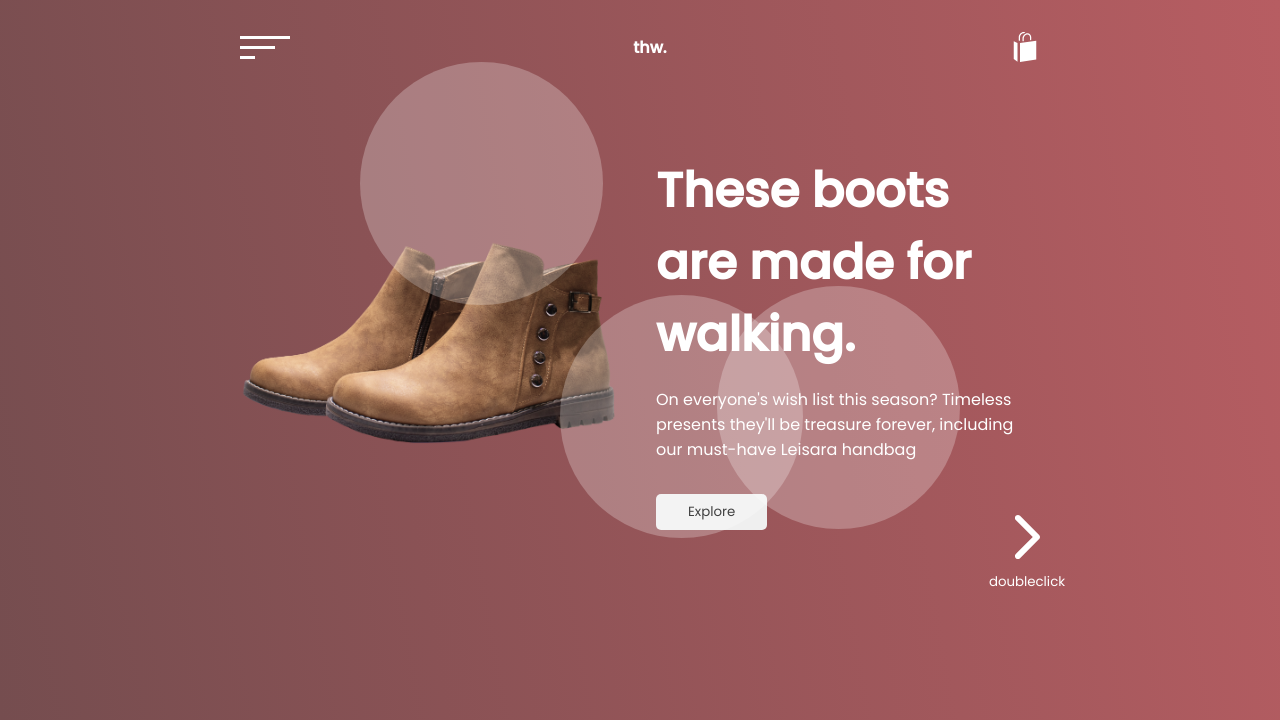
Repository: duck2913/shoppify
Page: boot.html
An editor plug-in stored every save of this project. The page is shown before and after the next save, followed by the edit.
The browser window is 1280 px wide. The pictures show the whole page.
Some web libraries are served in a nearby version.

Above is the page before, as saved 2022-02-06 07:35:05.
Console error: ReferenceError: barba is not defined

### boot.html
<!DOCTYPE html>
<html lang="en">
    <head>
        <meta charset="UTF-8">
        <meta http-equiv="X-UA-Compatible" content="IE=edge">
        <meta name="viewport" content="width=device-width, initial-scale=1.0">
        <title>Page Transitions</title>
        <link rel="preconnect" href="https://fonts.googleapis.com">
        <link rel="preconnect" href="https://fonts.gstatic.com" crossorigin>
        <link href="https://fonts.googleapis.com/css2?family=Poppins:wght@400;500&display=swap" rel="stylesheet">
        <link rel="stylesheet" href="./style.css">
        <!-- SCRIPTS -->
        <script
            src="https://cdnjs.cloudflare.com/ajax/libs/gsap/3.8.0/gsap.min.js"
            integrity="sha512-eP6ippJojIKXKO8EPLtsUMS+/sAGHGo1UN/38swqZa1ypfcD4I0V/ac5G3VzaHfDaklFmQLEs51lhkkVaqg60Q=="
            crossorigin="anonymous"
            referrerpolicy="no-referrer"
            defer
        ></script>
        <!-- unpkg -->
        <script src="https://unpkg.com/@barba/core" defer></script>
        <script src="./app.js" defer></script>
    </head>
    <body class="boot-body" data-barba="wrapper">
        <nav class="nav">
            <img src="./images/burger.svg" alt="" class="menu">
            <div class="logo">thw.</div>
            <img src="./images/shopping-cart.svg" alt="" class="shopping-cart">
        </nav>
        <div class="showcase" data-barba="container" data-barba-namespace="boot">
            <img src="./images/frontpage-boot.png" alt="handbag" class="showcase__img">
            <div class="showcase__content">
                <h1 class="showcase__title">These boots are made for walking.</h1>
                <p class="showcase__text">On everyone's wish list this season? Timeless presents they'll be treasure forever, including our must-have Leisara handbag</p>
                <button class="btn">
                    <a href="./product-page.html">Explore</a>
                </button>
            </div>
            <!-- arrow -->
            <button class="btn--arrow">
                <a href="./hat.html">
                    <svg
                        class="showcase-arrow"
                        width="26"
                        height="46"
                        viewBox="0 0 26 46"
                        fill="none"
                        xmlns="http://www.w3.org/2000/svg"
                    >
                        <path d="M25.1213 25.1213C26.2929 23.9497 26.2929 22.0503 25.1213 20.8787L6.02944 1.7868C4.85786 0.615224 2.95837 0.615224 1.7868 1.7868C0.615224 2.95837 0.615224 4.85786 1.7868 6.02944L18.7574 23L1.7868 39.9706C0.615224 41.1421 0.615224 43.0416 1.7868 44.2132C2.95837 45.3848 4.85786 45.3848 6.02944 44.2132L25.1213 25.1213ZM19 26H23V20H19V26Z" fill="white"/>
                    </svg>
                </a>
            </button>
            <!-- bubbles -->
            <svg
                class="circle circle-1"
                width="243"
                height="243"
                viewBox="0 0 243 243"
                fill="none"
                xmlns="http://www.w3.org/2000/svg"
            >
                <circle
                    cx="121.5"
                    cy="121.5"
                    r="121.5"
                    fill="white"
                    fill-opacity="0.25"
                />
            </svg>
            <svg
                class="circle circle-2"
                width="243"
                height="243"
                viewBox="0 0 243 243"
                fill="none"
                xmlns="http://www.w3.org/2000/svg"
            >
                <circle
                    cx="121.5"
                    cy="121.5"
                    r="121.5"
                    fill="white"
                    fill-opacity="0.25"
                />
            </svg>
            <svg
                class="circle circle-3"
                width="243"
                height="243"
                viewBox="0 0 243 243"
                fill="none"
                xmlns="http://www.w3.org/2000/svg"
            >
                <circle
                    cx="121.5"
                    cy="121.5"
                    r="121.5"
                    fill="white"
                    fill-opacity="0.25"
                />
            </svg>
        </div>
    </body>
</html>

### style.css
* {
	margin: 0;
	padding: 0;
	box-sizing: border-box;
	font-family: "Poppins", sans-serif;
}

a {
	text-decoration: none;
	color: inherit;
}

body {
	background: linear-gradient(260deg, #b75d62, #754d4f);
	height: 100vh;
	/* overflow: hidden; */
}

.handbag-body,
.boot-body,
.hat-body {
	padding: 2rem 15rem;
	color: white;
}

.nav {
	display: flex;
	align-items: center;
	justify-content: space-between;
	color: white;
}

.nav .logo {
	font-size: 1rem;
	font-weight: bold;
}

.nav .shopping-cart {
	color: white;
	fill: white;
}

.showcase {
	display: flex;
	gap: 2rem;
	align-items: center;
	position: relative;
	z-index: 2;
	min-height: 35rem;
}

.showcase > * {
	flex: 1;
}

.showcase__img {
	width: 5rem;
}

.showcase__title {
	font-size: 3rem;
	margin-bottom: 1rem;
}

.btn {
	margin-top: 2rem;
	padding: 0.5rem 2rem;
	border-radius: 5px;
	border: none;
	cursor: pointer;
	font-family: inherit;
}

.circle {
	position: absolute;
}

.circle-1 {
	top: 0%;
	left: 15%;
}

.circle-2 {
	bottom: 15%;
	left: 40%;
}
.circle-3 {
	top: 40%;
	right: 10%;
}

.btn--arrow {
	position: absolute;
	bottom: 10%;
	right: 0rem;
	cursor: pointer;
	display: flex;
	align-items: center;
	justify-items: center;
	z-index: 100;
	background-color: transparent;
	border: none;
}

.btn--arrow::before {
	content: "doubleclick";
	color: white;
	position: absolute;
	bottom: -70%;
	left: 50%;
	transform: translate(-50%, -50%);
}

### app.js
const tlLeave = gsap.timeline({
	defaults: {
		duration: 0.75,
		ease: "Power2.easeOut",
	},
});
const tlEnter = gsap.timeline({
	defaults: {
		duration: 0.75,
		ease: "Power2.easeOut",
	},
});

const leaveAnimation = (currentContainer, done) => {
	const product = currentContainer.querySelector(".showcase__img");
	const content = currentContainer.querySelector(".showcase__content");
	const circles = currentContainer.querySelectorAll(".circle");
	const btnArrow = currentContainer.querySelector(".btn--arrow");
	return (
		tlLeave.fromTo(btnArrow, { y: 0, opacity: 1 }, { y: 50, opacity: 0 }),
		tlLeave.to(product, { y: 50, opacity: 0 }, "<"),
		tlLeave.to(content, { x: 50, opacity: 0, onComplete: done }, "<20%"),
		tlLeave.to(circles, { y: -200, opacity: 0, stagger: 0.15 }, "<10%")
	);
};

barba.init({
	transitions: [
		//showcase transition
		{
			name: "default-transition",
			leave(data) {
				const done = this.async();
				let currentContainer = data.current.container;
				leaveAnimation(currentContainer, done);
			},
			enter(data) {
				let nextContainer = data.next.container;
				const done = this.async();
				gsap.fromTo(
					nextContainer,
					{ opacity: 0, y: 10 },
					{ duration: 1, opacity: 1, onComplete: done, y: 0 },
				);
			},
		},
	],
});

After the next save:
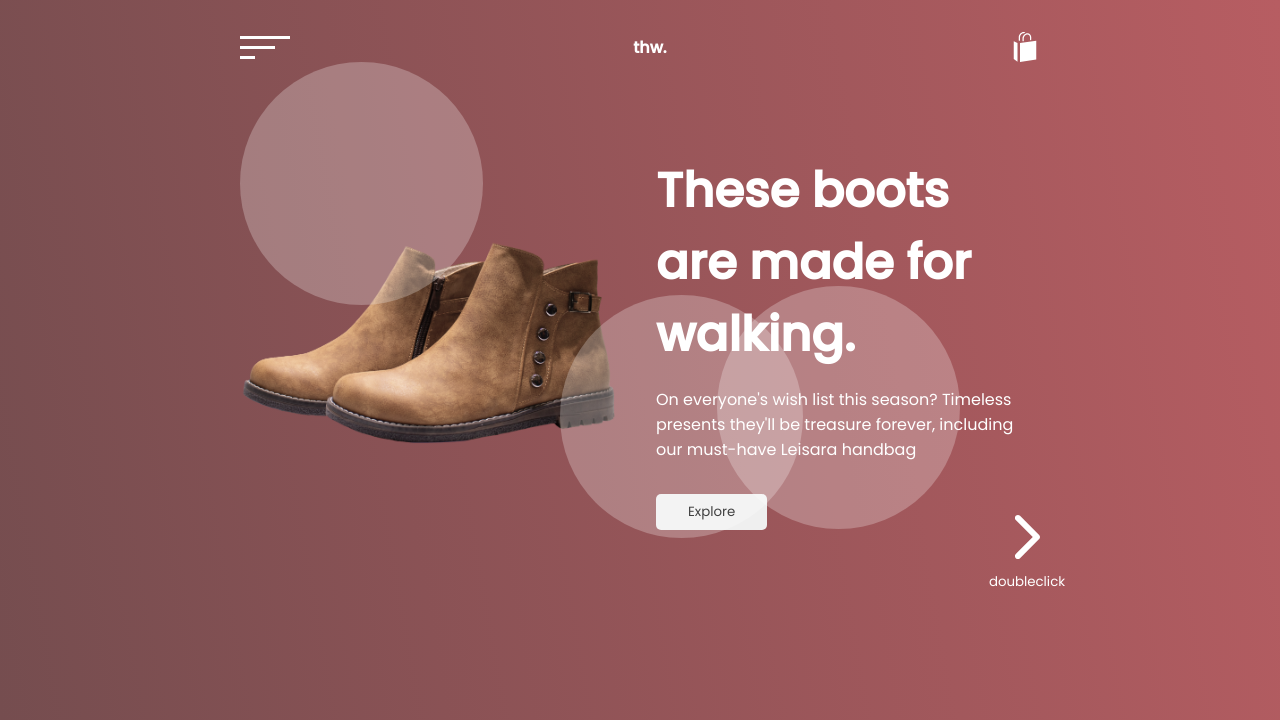
Saved 4 s later.
--- a/style.css
+++ b/style.css
@@ -77,7 +77,7 @@
 
 .circle-1 {
 	top: 0%;
-	left: 15%;
+	left: 0%;
 }
 
 .circle-2 {
